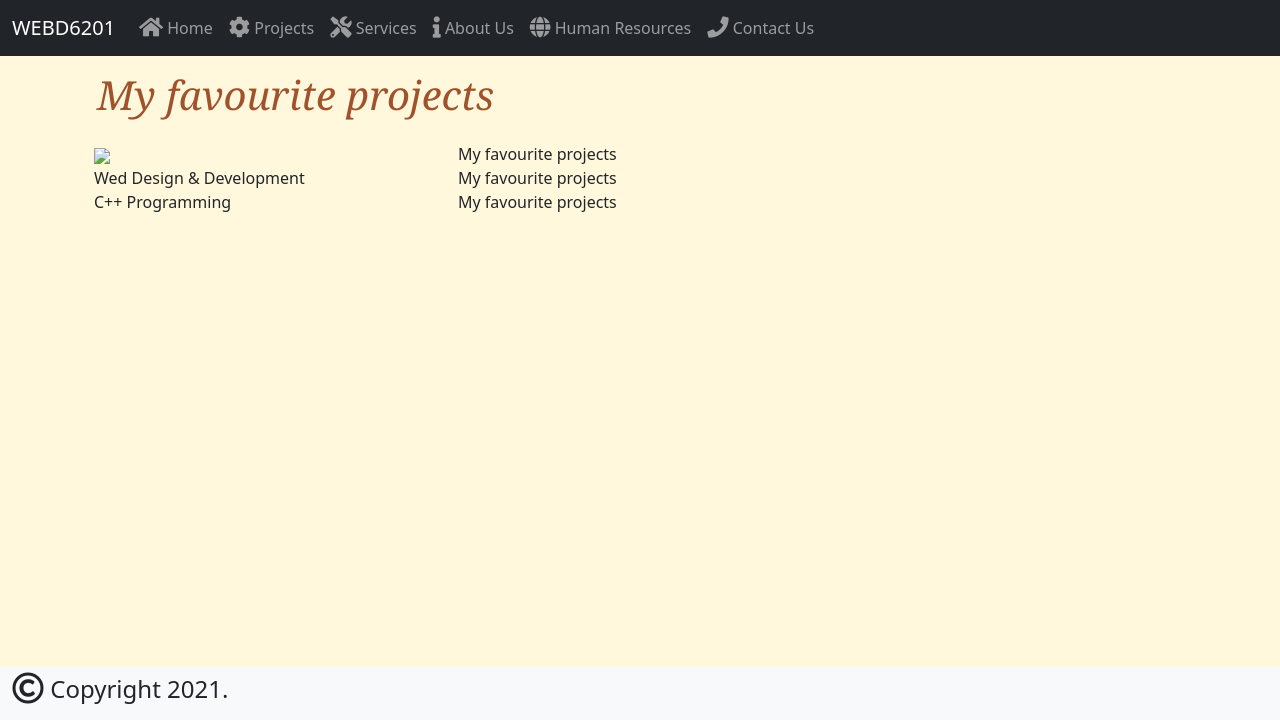
Repository: YiuWingLau/WEBD6201-W2021-Lab1
Page: projects.html
These files come from the project's save history. The page is drawn as it stood at one moment and after the next save; the edit follows.
The browser window is 1280 px wide. The pictures show the whole page.

Above is the page before, as saved 2021-02-04 20:44:26.
Not found: images/hardware.jpg alt=

### projects.html
<!DOCTYPE html>
<html lang="en">
<head>
    <meta charset="UTF-8">
    <meta name="viewport" content="width=device-width, initial-scale=1.0">
    <title>Projects</title>

    <!--CSS Section -->
    <link rel="stylesheet" href="./node_modules/bootstrap/dist/css/bootstrap.min.css">
    <link rel="stylesheet" href="./node_modules/@fortawesome//fontawesome-free/css/all.min.css">
    <link rel="stylesheet" href="./Content/app.css">
</head>
<body>
    <!-- Main Header-->
    <header>
      <!-- Main Navigation-->
      <nav class="navbar navbar-expand-lg navbar-dark bg-dark">
          <div class="container-fluid">
            <a class="navbar-brand" href="index.html">WEBD6201</a>
            <button class="navbar-toggler" type="button" data-bs-toggle="collapse" data-bs-target="#navbarSupportedContent" aria-controls="navbarSupportedContent" aria-expanded="false" aria-label="Toggle navigation">
              <span class="navbar-toggler-icon"></span>
            </button>
            <div class="collapse navbar-collapse" id="navbarSupportedContent">
              <ul class="navbar-nav me-auto mb-2 mb-lg-0">

                <li id="navBarIndex" class="nav-item">
                  <a class="nav-link" aria-current="page" href="index.html"><i class="fas fa-home fa-lg"></i> Home</a>
                </li>

                <li id="navBarProjects" class="nav-item">
                  <a class="nav-link active" aria-current="page" href="products.html"><i class="fas fa-cog fa-lg"></i> Products</a>
                </li>

                <li id="navBarServices" class="nav-item">
                  <a class="nav-link" aria-current="page" href="services.html"><i class="fas fa-tools fa-lg"></i> Services</a>
                </li>

                <li id="navBarAboutUs" class="nav-item">
                  <a class="nav-link" aria-current="page" href="about.html"><i class="fas fa-info fa-lg"></i> About Us</a>
                </li>

                <li id="navBarContactUs" class="nav-item">
                  <a class="nav-link" aria-current="page" href="contact.html"><i class="fas fa-phone fa-lg"></i> Contact Us</a>
                </li>

              </ul>
            </div>
          </div>
      </nav>
    </header>
    <!-- Main Content -->
    <main class="container">
    </main>

    <!-- Main Footer -->
    <footer>
        <nav class="navbar fixed-bottom navbar-light bg-light">
            <div class="container-fluid">
              <h4><i class="far fa-copyright fa-lg"></i> Copyright 2021.</a></h4>
            </div>
        </nav>
    </footer>
    <!-- JavaScript Section -->
    <script src="./node_modules/jquery/dist/jquery.min.js"></script>
    <script src="./node_modules/bootstrap/dist/js/bootstrap.bundle.min.js"></script>
    <script src="./Scripts/app.js"></script>
</body>
</html>

### Content/app.css
h1 {
    padding: 15px;
    color: sienna;
    font-family: Cambria, Cochin, Georgia, Times, 'Times New Roman', serif;
    font-style: italic;
}

p {
    padding: 15px;
    color: blue;
    font-family:Cambria, Cochin, Georgia, Times, 'Times New Roman', serif;
    font-style: italic;
    font-size: 25px;
    text-align: justify;
}

body {
    background-color: cornsilk;
}

#homePicture {
    width: 1000px;
    height: 600px;
}

### Scripts/app.js
/* custom JavaScript goes here */

//IIFE - Immediately Invoked Function Expression
//AKA - Anonymous Self-Executing Function
//Closure - limits scope leak

"use strict";

(function()
{
    function displayHome()
    {
      // create heading element
      let homeHeading = document.createElement("h1");
      // configure the element
      homeHeading.setAttribute("id", "homeHeading");
      homeHeading.textContent = "Welcome to WEBD6201";
      // select the parent element
      let mainContent = document.getElementsByTagName("main")[0];
      // Add / Insert the element
      mainContent.appendChild(homeHeading);

      // inject the background image to the home pageinject the background image to the home page
        let myhomebackground = document.createElement("img");
        myhomebackground.setAttribute("id", "homePicture");
        myhomebackground.setAttribute("src", "./images/homepagebackground.jpg");
        myhomebackground.setAttribute("alt", "Computer Programmer");
        mainContent.appendChild(myhomebackground);

        // inject the first paragraph to the home page
        let newParagraph = document.createElement("p");
        newParagraph.setAttribute("id", "paragraphTwo");
        newParagraph.textContent = "We provide the best programming service for you...";
        mainContent.appendChild(newParagraph);
    }

    function displayAbout()
    {
        //create new element Human Resources
        let myPicture = document.createElement("img");
        myPicture.setAttribute("id", "myImage");
        myPicture.setAttribute("src", "./images/img_me.jpg");
        myPicture.setAttribute("alt", "Nelson Lau");
        myPicture.setAttribute("width", "192");
        myPicture.setAttribute("height", "108");

        // Step 1. document.createElement
        let ParagraphOne = document.createElement("p");
        // Step 2. configure the element
        ParagraphOne.setAttribute("id", "myIntroduction");
        ParagraphOne.textContent = "Here are my favourite projects.";
        // Step 3. select the parent element
        let mainContent = document.getElementsByTagName("main")[0];
        mainContent.appendChild(myPicture);
        // Step 4. Add / Insert the element
        mainContent.appendChild(ParagraphOne);
        ParagraphOne.className = "fs-lg";

    }

    function displayProjects()
    {
      // create and add heading to Projects page
      let projectHeading = document.createElement("h1");
      projectHeading.setAttribute("id", "projectHeading");
      projectHeading.textContent = " My favourite projects";
      let mainContent = document.getElementsByTagName("main")[0];
      mainContent.appendChild(projectHeading);


      // create favorite projects element div tag
      let project = document.createElement("div");
      project.setAttribute("class", "container");
      project.setAttribute("id", "project");
      mainContent.appendChild(project);

      // create & insert 1st favorite project detail
      let projectOne = document.createElement("div");
      projectOne.setAttribute("class", "row");
      projectOne.setAttribute("id", "projectOne");
      projectOne.innerHTML = `<div class="row"><div class="col-4"><img id="favHardware" src="./images/hardware.jpg alt="Hardware Compontent"></div><div class="col-8"> My favourite projects</div></div>`;
      project.appendChild(projectOne);

      // create & insert 2nd favorite project detail
      let projectTwo = document.createElement("div");
      projectTwo.setAttribute("class", "row");
      projectTwo.setAttribute("id", "projectTwo");
      projectTwo.innerHTML = `<div class="row"><div class="col-4"> Wed Design & Development</div><div class="col-8"> My favourite projects</div></div>`;
      project.appendChild(projectTwo);

      // create & insert 2nd favorite project detail
      let projectThree = document.createElement("div");
      projectThree.setAttribute("class", "row");
      projectThree.setAttribute("id", "projectThree");
      projectThree.innerHTML = `<div class="row"><div class="col-4"> C++ Programming</div><div class="col-8"> My favourite projects</div></div>`;
      project.appendChild(projectThree);
    }

    function displayHumanResources()
    {

    }

    function displayServices()
    {

        // another way of injecting content
        let paragraphDiv = document.createElement("div");
        let paragraphThree = `<p id="paragraphThree" class="fs-7 fw-bold">And this is the Third Paragraph</p>`;
        paragraphDiv.innerHTML = paragraphThree;

        // insertions

        // example of inserting before a node
        // newParagraph.before(paragraphDiv);

        // example of inserting after a node
        newParagraph.after(paragraphDiv);

        // deletions

        // example of removing a single element
        //paragraphOneElement.remove();

        // example of removeChild
       // mainContent.removeChild(paragraphOneElement);
        // update / modification
        //mainContent.firstElementChild.textContent = "Welcome Home!";
    }

    function displayContact()
    {
        let messageArea = document.getElementById("messageArea");
        messageArea.hidden = true;

        // form validation
        let fullName = document.getElementById("fullName");
        fullName.addEventListener("blur", function() {
            if(fullName.value.length < 2)
            {
                fullName.focus();
                fullName.select();
                messageArea.hidden = false;
                messageArea.className = "alert alert-danger";
                messageArea.textContent = "Please enter an appropriate Name";
            }
            else
            {
                messageArea.removeAttribute("class");
                messageArea.hidden = true;
            }
        });

        let sendButton = document.getElementById("sendButton");
        sendButton.addEventListener("click", function(event){
            //event.preventDefault();

            let contact = new Contact(fullName.value, contactNumber.value, emailAddress.value);

            if(contact.serialize())
            {
              localStorage.setItem((localStorage.length + 1).toString(), contact.serialize());
            }

        });
    }

    function displayContactList()
    {
      if (localStorage.length > 0)
      {
        let contactList = document.getElementById("contactList");

        let data = "";

        for (let index = 0; index < localStorage.length; index++)
        {
          let contactData = localStorage.getItem((index + 1).toString());

          let contact = new Contact();
          contact.deserialize(contactData);

          data += `<tr>
          <th scope="row">${index + 1}</th>
          <td>${contact.FullName}</td>
          <td>${contact.ContactNumber}</td>
          <td>${contact.EmailAddress}</td>
        </tr>`;
        }

        contactList.innerHTML = data;
      }
    }

    // function to correct the wrong link and text content in navigation bar
    function changeNavBarName()
    {
        let navName = document.getElementById("navBarProjects");
        navName.innerHTML = `<a class='nav-link' aria-current='page' href='projects.html'><i class="fas fa-cog fa-lg"></i> Projects</a>`;
    }

    // function to add Human Resource element to Nav Bar between About Us and Contact Us
    function addNewNavBarElement()
    {
        //create new element Human Resources
        let newListElement = document.createElement("li");
        newListElement.setAttribute("id", "navBarHumanResources");
        newListElement.setAttribute("class", "nav-item");
        newListElement.innerHTML = `<a class='nav-link' aria-current='page' href='Human-Resources.html'><i class="fas fa-globe fa-lg"></i> Human Resources</a>`;
        // append new element after About Us
        let aboutUsListElement = document.getElementById("navBarAboutUs");
        aboutUsListElement.after(newListElement);
    }

    function Start()
    {
        console.log("App Started...");

        changeNavBarName();

        addNewNavBarElement();

        switch (document.title)
        {
          case "Home":
              displayHome();
            break;
          case "About":
              displayAbout();
            break;
          case "Projects":
              displayProjects();
            break;
          case "Human Resources":
              displayHumanResources();
            break;
          case "Services":
              displayServices();
            break;
          case "Contact":
              displayContact();
            break;
          case "Contact-List":
            displayContactList();
          break;
        }

    }

    window.addEventListener("load", Start);

})();

Loaded but not shown: node_modules/bootstrap/dist/css/bootstrap.min.css (library); node_modules/@fortawesome/fontawesome-free/css/all.min.css (library); node_modules/jquery/dist/jquery.min.js (library); node_modules/bootstrap/dist/js/bootstrap.bundle.min.js (library)

After the next save:
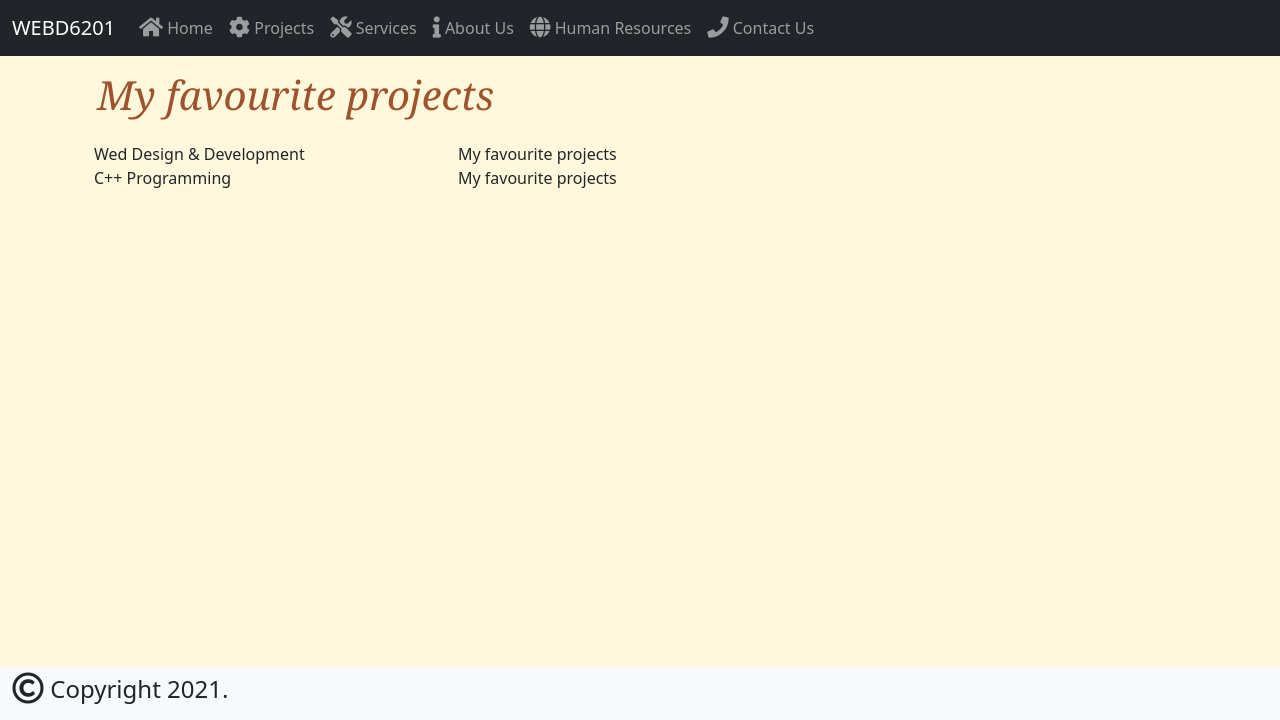
Saved 3 min 21 s later.
--- a/Scripts/app.js
+++ b/Scripts/app.js
@@ -75,7 +75,7 @@
       mainContent.appendChild(project);
 
       // create & insert 1st favorite project detail
-      let projectOne = document.createElement("div");
+      let projectOne = document.createElement("img");
       projectOne.setAttribute("class", "row");
       projectOne.setAttribute("id", "projectOne");
       projectOne.innerHTML = `<div class="row"><div class="col-4"><img id="favHardware" src="./images/hardware.jpg alt="Hardware Compontent"></div><div class="col-8"> My favourite projects</div></div>`;

After the save that followed:
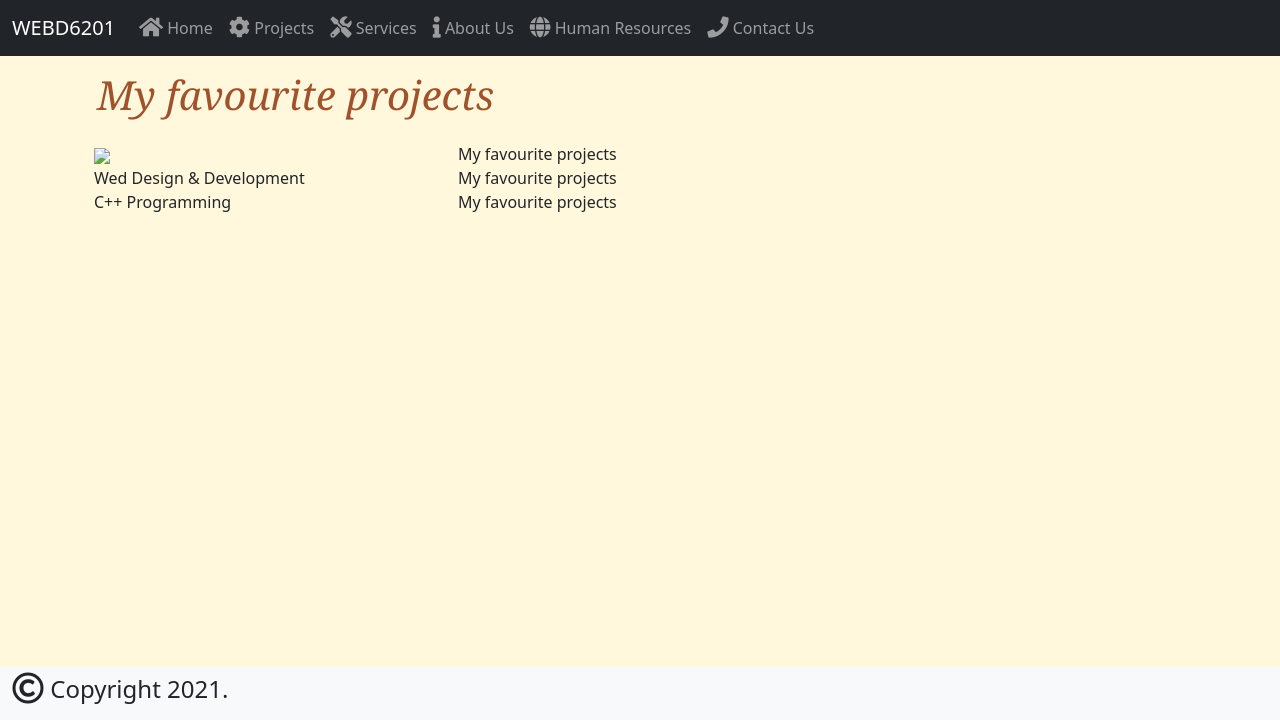
Saved 14 s later.
--- a/Scripts/app.js
+++ b/Scripts/app.js
@@ -75,7 +75,7 @@
       mainContent.appendChild(project);
 
       // create & insert 1st favorite project detail
-      let projectOne = document.createElement("img");
+      let projectOne = document.createElement("div");
       projectOne.setAttribute("class", "row");
       projectOne.setAttribute("id", "projectOne");
       projectOne.innerHTML = `<div class="row"><div class="col-4"><img id="favHardware" src="./images/hardware.jpg alt="Hardware Compontent"></div><div class="col-8"> My favourite projects</div></div>`;
